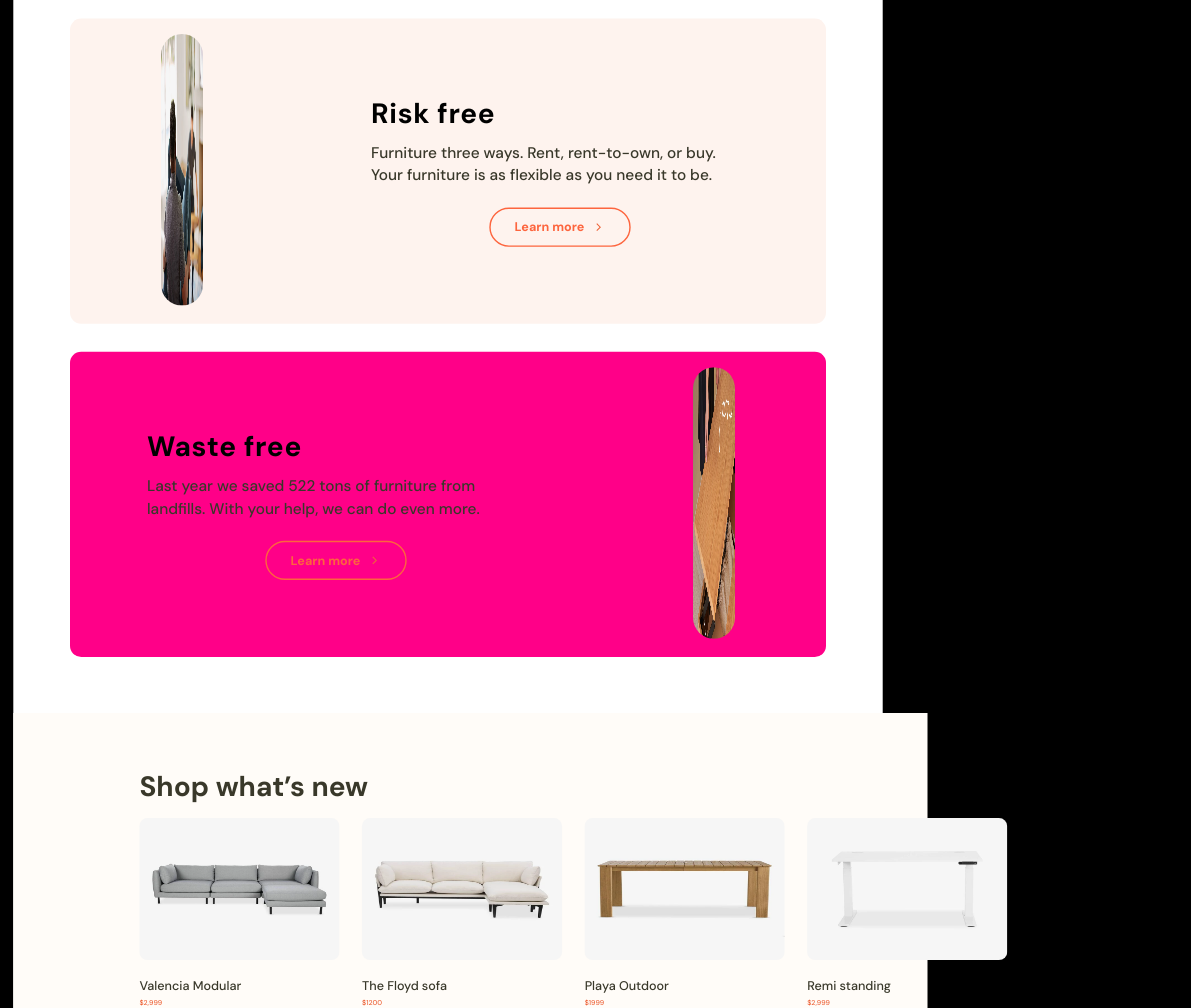
Repository: noman-source/Furniture-website
Page: index.html
These files come from the project's save history. The page is drawn as it stood at one moment and after a run of saves; the edit follows.
The browser window is 1280 px wide. The page is 1702 px wide, so the pictures cover 1702 px, including what lies to the right of the window. The pictures show the part of the page from y = 2331 to 3771 px (the page is 4311 px tall), at 70% of full size.

Above is the page before, as saved 2025-07-04 13:10:42.

After the next 2 saves:
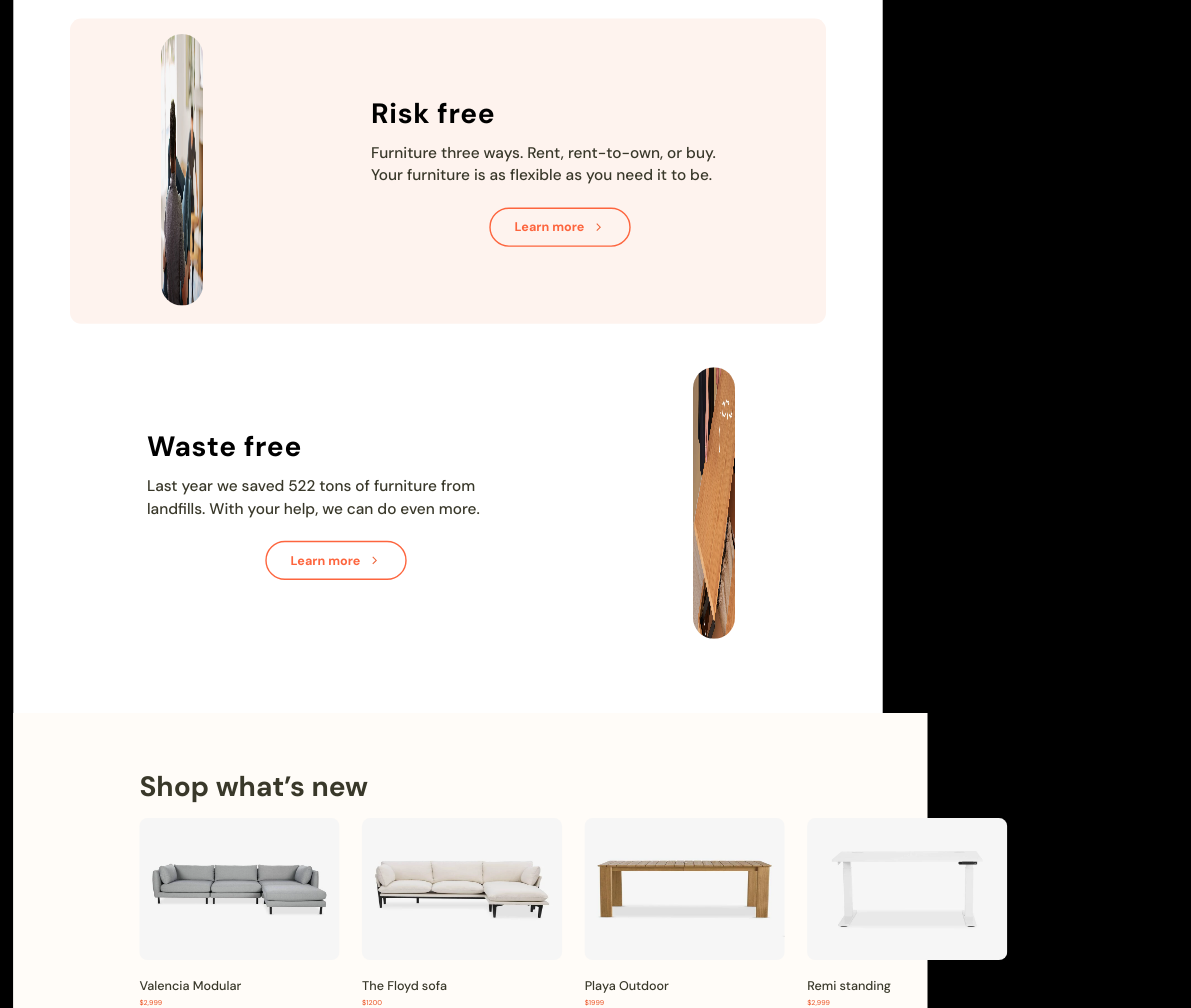
The 2 saves are shown as one change because they came seconds apart.
The last was saved 5 s later.
--- a/style.css
+++ b/style.css
@@ -322,7 +322,7 @@
 }
 
 .section5 .section5-end {
-    background-color: #F08;
+    background-color: #F0;
     display: flex;
     justify-content: space-around;
     align-items: center;

After the save that followed:
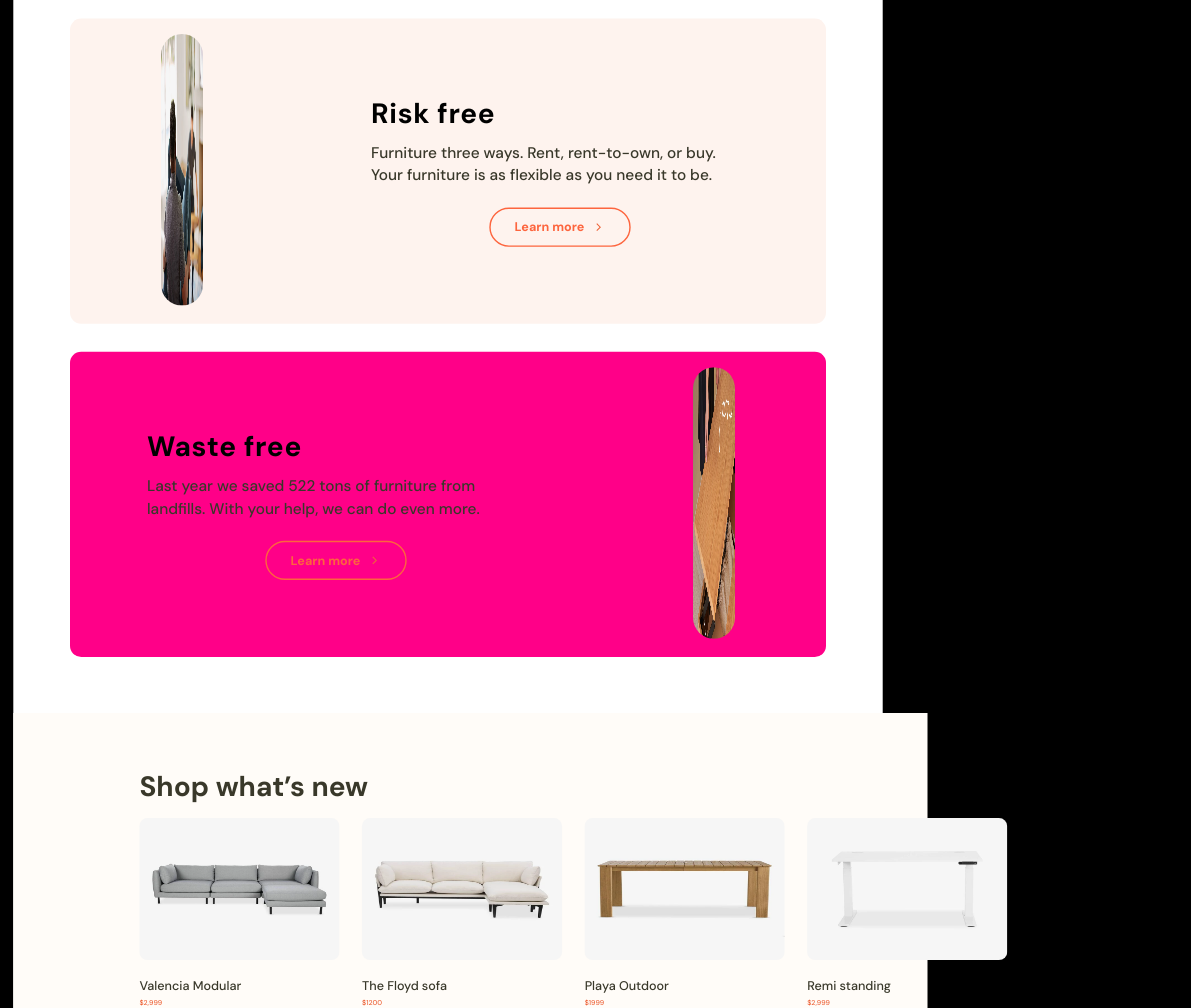
Saved 4 s later.
--- a/style.css
+++ b/style.css
@@ -322,7 +322,7 @@
 }
 
 .section5 .section5-end {
-    background-color: #F0;
+    background-color: #F08;
     display: flex;
     justify-content: space-around;
     align-items: center;
